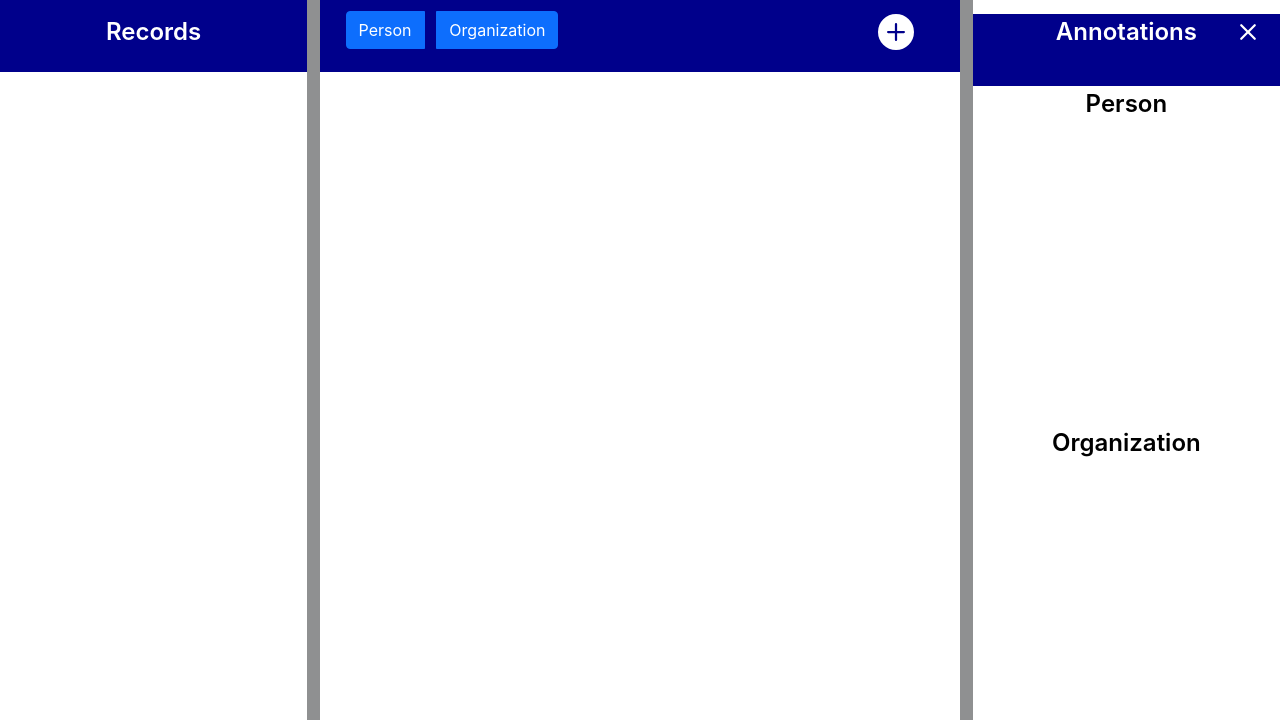
Repository: napan24/classforma_assignment
Page: / (app in client/)
The author's editor kept a copy of each file at every save. The page is drawn from the files as they stood at one save, then again after the next save.
The browser window is 1280 px wide. The pictures show the whole page.
The project was rebuilt for these pictures with package versions that can differ from the ones it lists, and the page was loaded fresh each time. Also part of the build but not shown: client/src/App.css.

Above is the page before, as saved 2022-07-20 17:34:20.

After the next save:
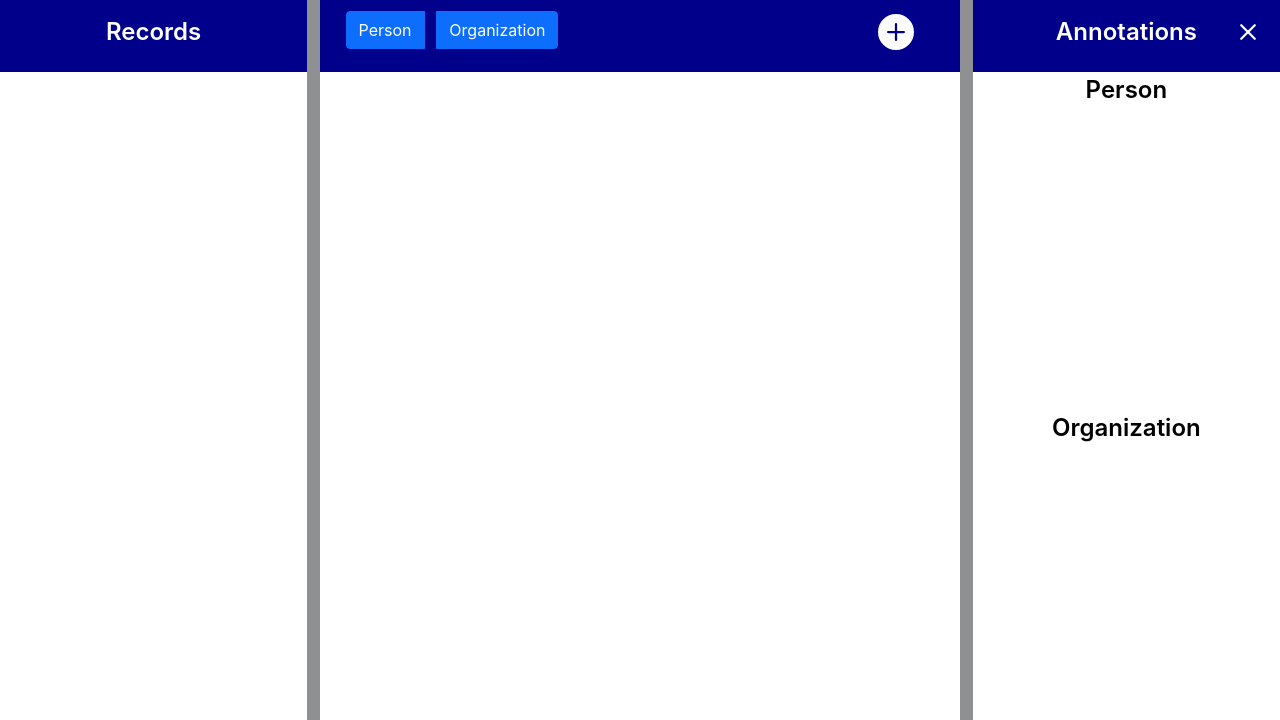
Saved 8 s later.
--- a/client/src/Home.js
+++ b/client/src/Home.js
@@ -103,7 +103,7 @@ const Home = () => {
                 </div>
                 <div style={{ width: "24vw", height: "100vh", backgroundColor: "white" }}>
                     <div style={{ width: "24vw", height: "10vh", backgroundColor: "#00008b", textAlign: 'center', fontSize: '150%', color: "white", fontWeight: "600" }}>
-                        <p style={{marginTop:"2vh"}}>
+                        <p style={{paddingTop:"2vh"}}>
                             Annotations
                         </p>
                     </div>
